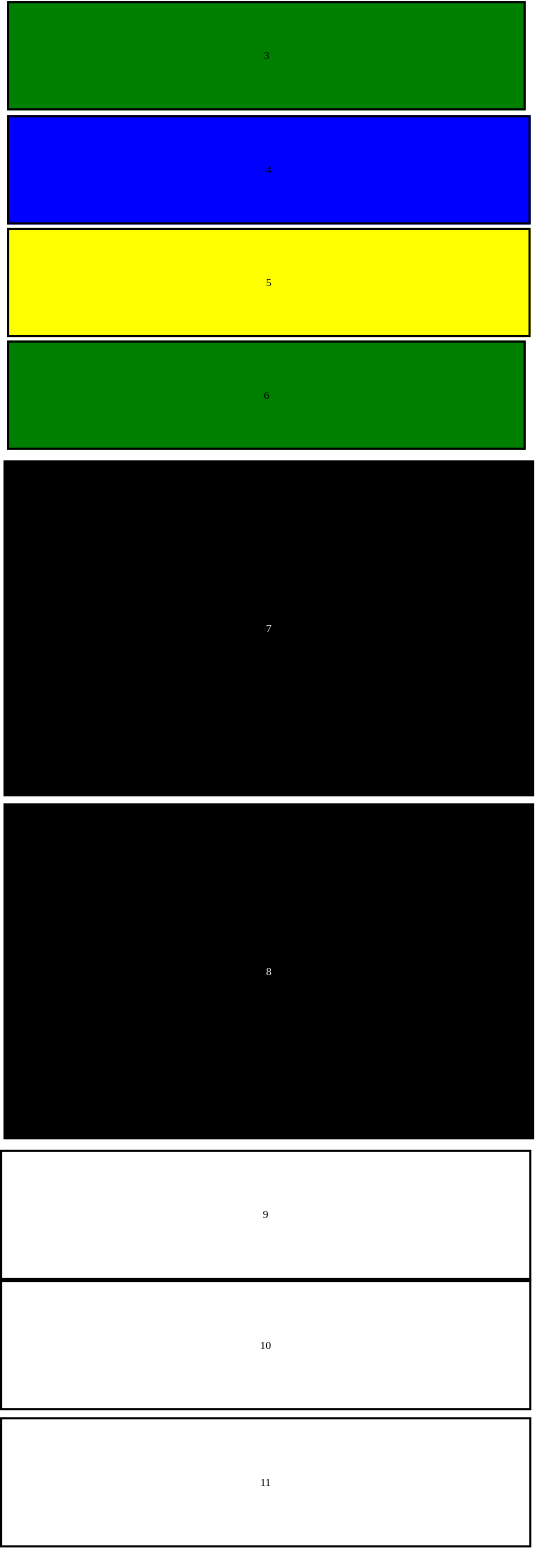
Repository: future4code/Gabriel-Ricarte
Page: Semana3/Aula02/Index.html
An editor plug-in stored every save of this project. The page is shown before and after the next save, followed by the edit.
The browser window is 768 px wide. The pictures show the part of the page from y = 422 to 2662 px (the page is 2637 px tall before and 2662 px after), at 70% of full size.

Above is the page before, as saved 2019-11-12 19:07:55.

### Semana3/Aula02/Index.html
<!DOCTYPE html>
<html lang="Pt-br">
<head>
    <meta charset="UTF-8">
    <meta name="viewport" content="width=device-width, initial-scale=1.0">
    <meta http-equiv="X-UA-Compatible" content="ie=edge">
    <link rel="stylesheet" href="Style.css">
    <meta name="viewport" content="width=device-width, initial-scale=1">
    <title>Responsividade</title>
</head>
<body>
    <div>
        <div>
            <div class="barraLateral">
               <div id="lista">
                <lu>
                    <p class="paragrafoLista">FIRST LIST</p>
                    <li>1</li>
                    <li>2</li>
                    <li>3</li>
                    <li>4</li>
                    <li>5</li>
                </lu>
                <lu>
                    <p class="paragrafoLista">SECOND LIST</p>
                    <li>1</li>
                    <li>2</li>
                    <li>3</li>
                    <li>4</li>
                    <li>5</li>
                </lu>
               </div>

            </div>
            <div class="mainContent">
                <div class="barraSuperior"></div>
                <div class="FirstContainer">
                    <div id="firstPartContainer">
                            <div id="superior1">1</div>
                            <div id="superior2">2</div>
                            <div id="superior3">3</div>

                    </div>
                    <div id="secondPartContainer">

                        <div id="inferior4">4</div>
                        <div id="inferior5">5</div>
                        <div id="inferior6">6</div>

                    </div>
                </div>
                <div class="SecondContainer">
                    <div id="quadrado1">7</div>
                    <div id="quadrado2">8</div>
                </div>
                <div class="ThirdContainer">
                    <div id="quadrado9">9</div>
                    <div id="quadrado10">10</div>
                    <div id="quadrado11">11</div>
            </div>
        </div>


        </div>


    </div>





</body>
</html>

### Semana3/Aula02/Style.css
body{
    margin: 0;
    padding: 0;
}
.flexBox{
    display:flex;
}
#lista{
    margin:10px;
}
.barraLateral{
    background-color: grey;
    height: 100vh;
    width: 20vw;
    position: fixed;

}
.barraSuperior{
    background-color: red;
    height: 10vh;
    width: 100%;
    margin-bottom: 10px;

}
.paragrafoLista{
    border-left-width: 10px;
    padding-left: 0px;
    margin-left: 10px;
    margin-right: 10px;
}
.FirstContainer{
    background-color:white;
    width: 100%;


}
.mainContent{
    margin-left: 21vw;

}

#superior1, #inferior4{
    background-color: blue;
    flex-grow: 1;
    margin-right: 2px;

}
#superior2, #inferior5{
    background-color: yellow;
    flex-grow: 1;
    margin-right: 2px;

}
#superior3, #inferior6{
 background-color: green;
 flex-grow: 1;
 margin-right: 2px;
}
#quadrado1,#quadrado2{
    background-color: black;
    flex-grow: 1;
    margin-right: 2px;
}

#firstPartContainer{
    display: flex;
    margin-bottom: 2px;
}
#secondPartContainer{
    display: flex;
}

.SecondContainer{
    width: 100%;
    margin: 10px 0;
    display: flex;

}
.ThirdContainer{
    width: 100%;
    display: flex;
    justify-content: space-between;
    margin-bottom: 5px;

}
#quadrado9, #quadrado10, #quadrado11{
    width: 30%;
}
.SecondContainer>div{
 color: aliceblue;
 display: flex;
 align-items: center;
 height: 240px;
 justify-content: center;
}
#superior1,#superior2,#superior3,#inferior4,#inferior5,#inferior6{
    border: solid;
    display: flex;
    align-items: center;
    height: 150px;
    justify-content: center;
}
.ThirdContainer>div{
    border: solid;
    background-color:white;
    align-items: center;
    display: flex;
    height: 180px;
    justify-content: center;
}



@media (max-width:1000px){



    .FirstContainer{

        flex-wrap: wrap;


    }
    .FirstContainer>div{
        min-height: 80px;
    }

    #firstPartContainer{
        flex-wrap: wrap;
    }
    #superior1, #superior2{
        margin: 5px;
    }
    #superior3{
        width: 100%;
        margin-top: 10px;
        margin-bottom: 10px;
        margin:6px;
    }
    #secondPartContainer{
        flex-wrap: wrap;
    }
    #inferior4, #inferior5{
        margin:5px;
    }
    #inferior6{
        width: 100%;
        margin-top: 10px;
        margin-bottom: 10px;
        margin:6px;
    }
    #quadrado1{
        margin-right: 20px;
    }
    #quadrado1, #quadrado2{
        height: 60vh;
    }
    .ThirdContainer{
        flex-wrap: wrap;
    }
    #quadrado11{
        width: 100%;
        margin-top:10px
    }
    #quadrado9, #quadrado10{
        width: 48%;
    }





}
@media(max-width:850px){
    .mainContent{
        margin-left: 0;
    }

    .barraLateral{
        display:none;


    }


}
@media(max-width:780px){

    .FirstContainer{

       display:flex;
       flex-direction: column;
    }
    .FirstContainer>div{
        margin:5px;

    }
    #firstPartContainer{
        display: block;
        margin-bottom: 2px;
    }
    #superior1, #superior2{
        margin: 5px;
    }
    #superior3{
        margin-right: 5px;
        margin-left: 5px;
        margin-bottom:0px;
        width:97%;
    }

   #secondPartContainer{
       display: block;
   }
    #quadrado1{
        margin:5px;
        margin-top:0px;

    }
    #quadrado2{
        margin-left: 5px;
        margin-right: 5px;
    }

   #inferior4{
    margin: 5px;
    margin-top:0px;
   }
   #inferior5{
       margin: 5px;
   }
   #inferior6{
       margin:5px;
       margin-bottom:0px;
       width:97%;
   }
   #quadrado9, #quadrado10, #quadrado11{
       width: 98%;

   }

    .SecondContainer{
        display: flex;
        flex-direction: column;
    }
    .SecondContainer>div{
        margin: 5px;
    }
    .ThirdContainer{
        display: flex;
        flex-direction: column;
    }
    .ThirdContainerGrid>div{
        margin: 5px;

    }





}

After the next save:
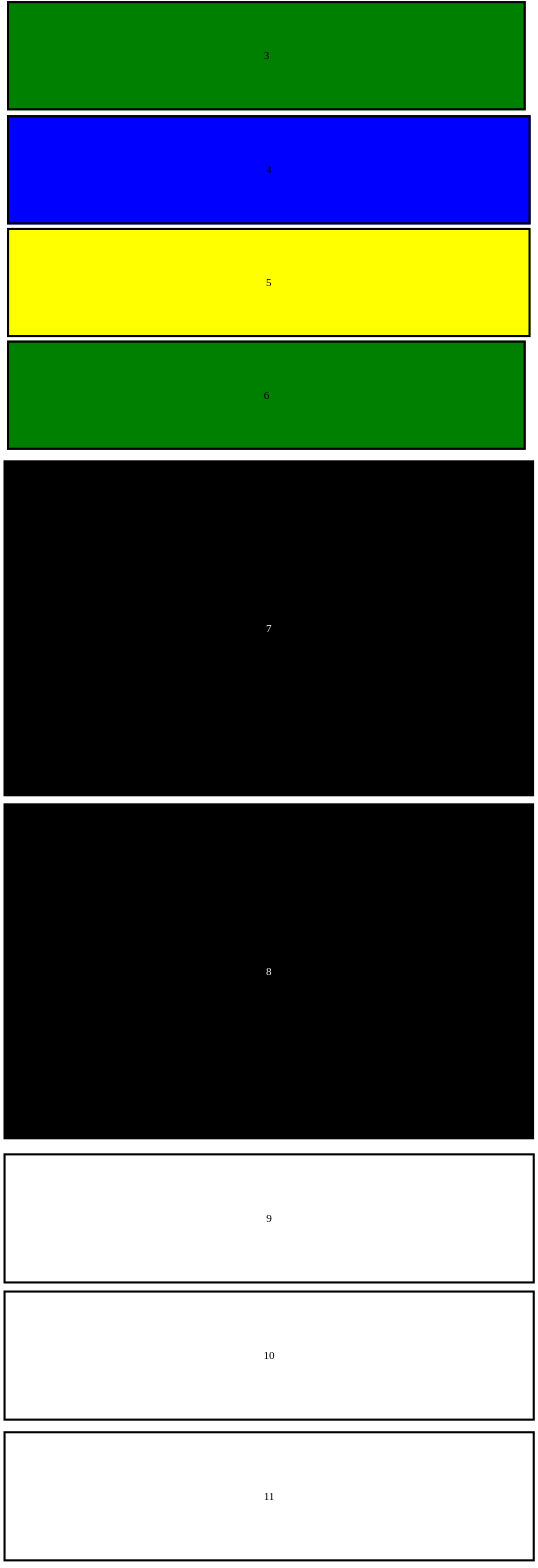
Saved 4 s later.
--- a/Semana3/Aula02/Style.css
+++ b/Semana3/Aula02/Style.css
@@ -250,13 +250,13 @@ body{
         display: flex;
         flex-direction: column;
     }
-    .ThirdContainerGrid>div{
-        margin: 5px;
-
-    }
-
-
-
-
-
-}
+    .ThirdContainer>div{
+        margin: 5px;
+
+    }
+
+
+
+
+
+}
